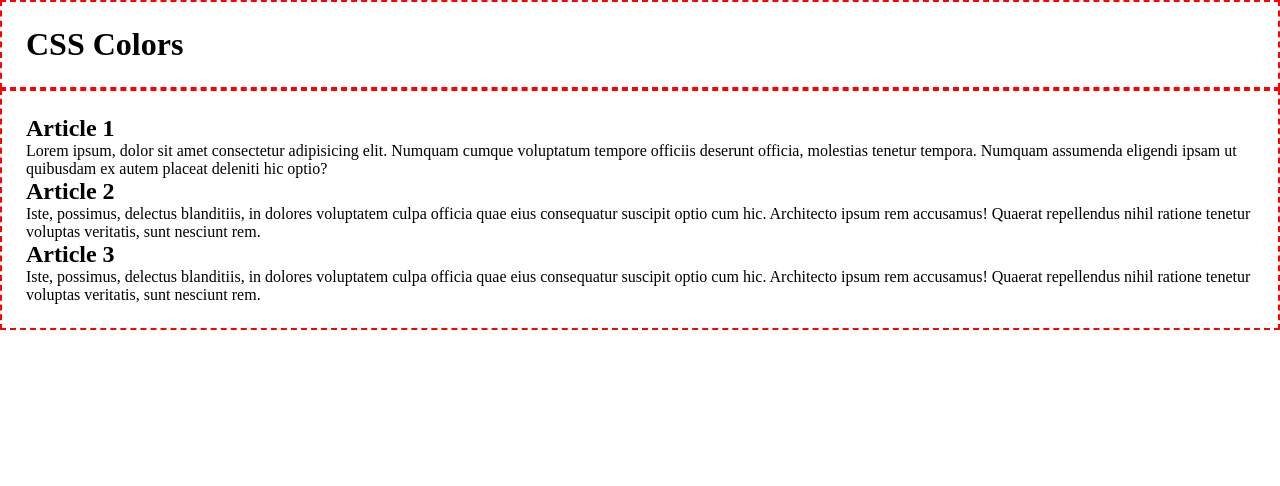
Repository: madhurik9999/Css
Page: index.html
The author's editor kept a copy of each file at every save. The page is drawn from the files as they stood at one save, then again after the next save.
The browser window is 1280 px wide. The pictures show the whole page.

Above is the page before, as saved 2023-12-09 12:05:10.

### index.html
<!DOCTYPE html>
<html lang="en">

<head>
    <meta charset="UTF-8">
    <meta http-equiv="X-UA-Compatible" content="IE=edge">
    <meta name="viewport" content="width=device-width, initial-scale=1.0">
    <title>Document</title>
    <link rel="stylesheet" href="styles/style.css">
</head>

<body>
    <header class="container">
        <h1>CSS Colors</h1>
    </header>
    <main class="container">
        <article>
            <h2>Article 1</h2>
            <p class="gray">Lorem ipsum, dolor sit amet consectetur adipisicing elit. Numquam cumque voluptatum tempore
                officiis
                deserunt
                officia, molestias tenetur tempora. Numquam assumenda eligendi ipsam ut quibusdam ex autem placeat
                deleniti
                hic optio?</p>
        </article>
        <article>
            <h2>Article 2</h2>
            <p class="two">Iste, possimus, delectus blanditiis, in dolores voluptatem culpa officia quae
                eius
                consequatur
                suscipit optio
                cum hic. Architecto ipsum rem accusamus! Quaerat repellendus <span class="highlight">nihil</span>
                ratione tenetur voluptas
                veritatis,
                sunt
                nesciunt rem.</p>
        </article>
        <article>
            <h2>Article 3</h2>
            <p class="three">Iste, possimus, delectus blanditiis, in dolores voluptatem culpa officia quae eius
                consequatur
                suscipit optio
                cum hic. Architecto <span class="highlight">ipsum</span> rem accusamus! Quaerat repellendus nihil
                ratione tenetur voluptas
                veritatis,
                sunt
                nesciunt rem.</p>
        </article>
    </main>
</body>

</html>

### styles/style.css
/* Selectors */
/* html {
    font-size: 22px;
}

body {
    font-size: 22px;
}

main {
    font-family: monospace;
}

button,
input,
textarea,
select {
    font: inherit;
}

p {
    color: purple;
}

.highlight {
    text-transform: uppercase;
    background-color: gold;
}

.gray {
    color: grey;
}

#second {
    font-style: italic;
} */

/* Colors */
/* body {
    font-size: 22px;
    font-family: Arial, Helvetica, sans-serif;
    line-height: 1.5;
    background: papayawhip;
    color: rgb(255, 0, 0);
}

p {
    color: #ff00ffd2;
} */

/* Css Units & Sizes */
/* * {
    margin: 0;
    padding: 0;
    box-sizing: border-box;
}

body {
    width: 100%;
    height: 100vh;
}

h1 {
    border: 2px dashed red;
    width: 50%;
    font-size: 3rem;
    padding: 0.5em;
}

main {
    font-size: 2rem;
}

p {
    font-size: 2rem;
} */

/* CSS BOX MODEL */
/* * {
    margin: 0;
    padding: 0;
    box-sizing: border-box;
}

h1 {
    border: 2px dashed red;
    width: 400px;
    font-size: 3rem;
    padding: 0.5em;
} */

/* /Box Modal */
* {
    margin: 0;
    padding: 0;
    box-sizing: border-box;
}

.container {
    border: 2px dashed red;
    padding: 1.5rem;
}

After the next save:
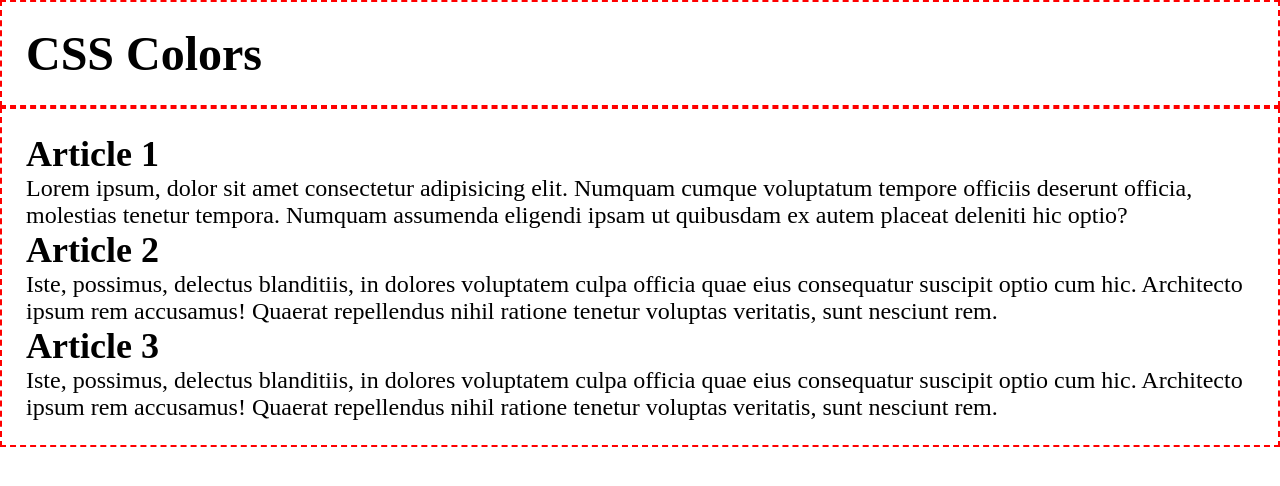
Saved 16 s later.
--- a/styles/style.css
+++ b/styles/style.css
@@ -98,5 +98,6 @@ h1 {
 
 .container {
     border: 2px dashed red;
+    font-size: 1.5rem;
     padding: 1.5rem;
 }
